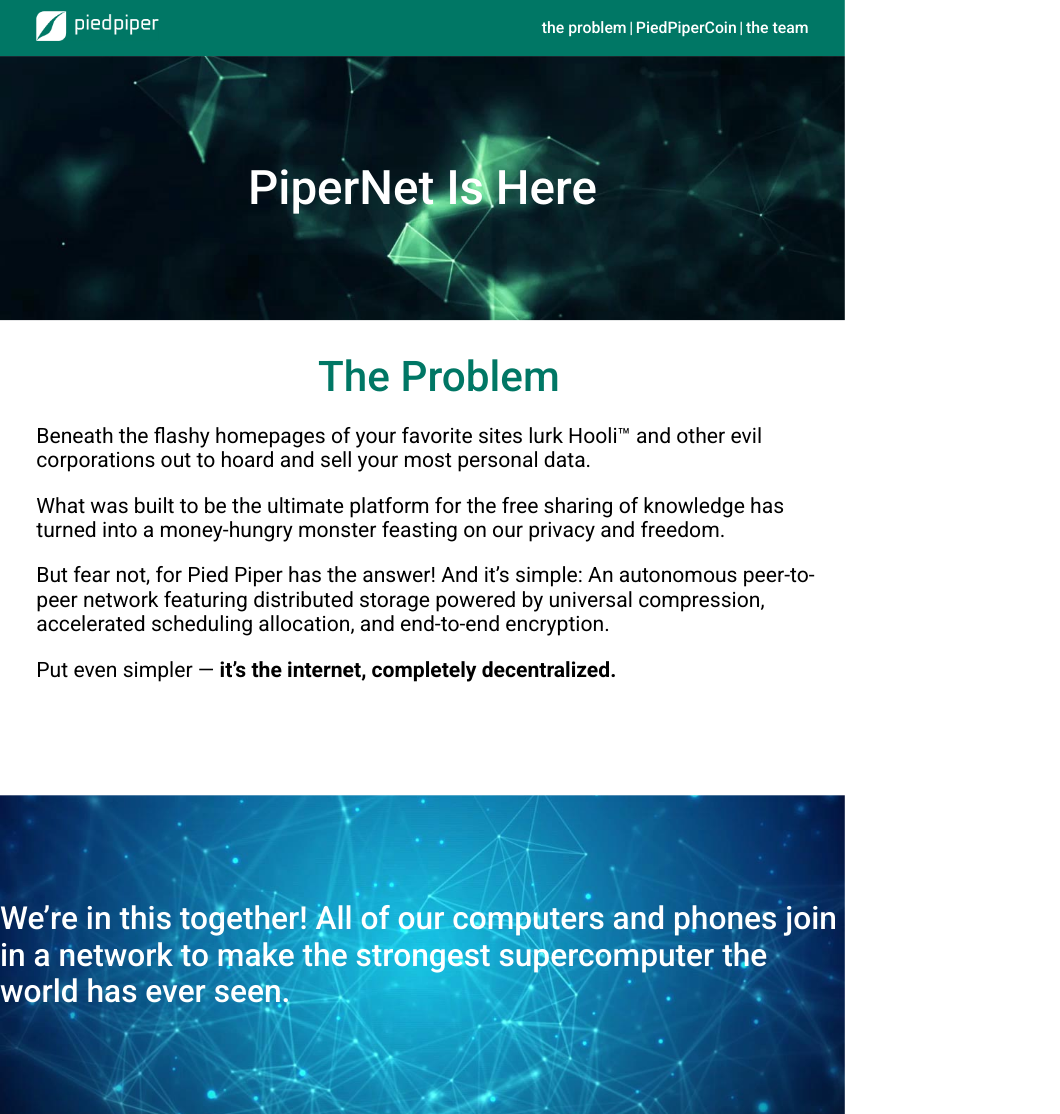
Repository: Valera1994/WebTestProject
Page: New3/index.html
These files come from the project's save history. The page is drawn as it stood at one moment and after the next save; the edit follows.
The browser window is 1280 px wide. The page is 1330 px wide, then 1606 px, so the pictures cover 1606 px, including what lies to the right of the window. The pictures show the whole page, at 66% of full size.

Above is the page before, as saved 2025-07-27 00:33:12.

### New3/index.html
<!DOCTYPE html>
<html lang="en">
<head>
    <meta charset="UTF-8">
    <meta name="viewport" content="width=device-width, initial-scale=1.0">
    <title>Pied Piper</title>
    <link rel="stylesheet" href="style.css">
    <link rel="preconnect" href="https://fonts.googleapis.com">
<link rel="preconnect" href="https://fonts.gstatic.com" crossorigin>
<link href="https://fonts.googleapis.com/css2?family=Roboto:ital,wght@0,100..900;1,100..900&display=swap" rel="stylesheet">
</head>
<body>
    <header>
        <div class="menu">
            <a href="index.html">
                <img class="logo" src="img/logo.png">
            </a>
            <nav>
                <ul class="menu_ul">
                    <li class="menu_li"><a href="#">the problem</a></li>
                    <li class="menu_li">|</li>
                    <li class="menu_li"><a href="#">PiedPiperCoin</a></li>
                    <li class="menu_li">|</li>
                    <li class="menu_li"><a href="#">the team</a></li>
                </ul>
            </nav>
        </div>
    </header>
    <div class="hello">PiperNet Is Here</div>
    <div class="container">
        <h1 class="head1">The Problem</h1>
        <div class="text">
            <p>Beneath the flashy homepages of your favorite sites lurk Hooli™
            and other evil corporations out to hoard and sell your most personal data.</p>
            <p>What was built to be the ultimate platform for the free sharing of knowledge has turned
        into a money-hungry monster feasting on our privacy and freedom.</p>
            <p>But fear not, for Pied Piper has the answer! And it’s simple:
        An autonomous peer-to-peer network featuring distributed storage powered by universal
        compression, accelerated scheduling allocation, and end-to-end encryption.</p>
            <p>Put even simpler — <strong>it’s the internet, completely decentralized.</strong></p>
        </div>
    </div>
    <div class="together">We’re in this together! All of our computers and phones join in a network to
        make the strongest supercomputer the world has ever seen.</div>
</body>
</html>

### New3/style.css
@import url("normalize.css");

body {
    margin: 0px auto; /*Расстояние от края элемента до края окна браузера*/
    font-family: Roboto, sans-serif; /*Устанавливает семейство шрифта*/
}

h1,
h2,
h3,
h4,
h5,
h6 {
    margin: 0; /*Расстояние от края элемента до края другог элемента*/
}

header{
    background: rgba(0, 119, 101, 1);
    width: 100%;
    height: 85px;
    box-sizing: border-box;
    text-decoration: none;
    display: flex;
    justify-content: space-around;

}

.logo{
    width: 185px;
    height: 45px;
    background: rgba(0, 119, 101, 1);
}

.menu{
    width: 100%;
    max-width: 1220px; /* Ограничиваем максимальную ширину */
    display: flex;
    justify-content: space-between; /* Лого слева, меню справа */
    align-items: center;
    padding: 0 55px;
}

a{
    text-decoration: none;
    font-size: 24px;
    font-weight: 500;
    color: white;
    font-family: 'Roboto';
}

.menu_li{
    list-style-type: none; /*убирает точки у списка*/
    display: inline; /*в одну линию*/
    text-decoration: none;
    font-size: 24px;
    font-weight: 500;
    color: white;
}

.container{
    width: 1220px;
    height: 720px;
    padding: 0 55px;
    margin: 0 auto;
}

.hello{
    background-image: url("img/Jumbotron.png");
    font-size: 72px;
    font-weight: 500;
    color: white;
    width: 100%;
    height: 400px;
    background-size: cover;
    background-position: center;
    display: flex;
    align-items: center;
    justify-content: center;
    font-family: 'Roboto';
}

.head1{
    font-size: 64px;
    font-weight: 500;
    height: 75px;
    color: rgba(0, 119, 101, 1);
    padding-top: 50px;
    text-align: center;
}

.text{
    font-size: 32px;
    font-weight: 400;
    color: rgb(0, 0, 0);
}

.together{
    background-image: url("img/tog.png");
    font-size: 48px;
    font-weight: 500;
    color: white;
    width: 100%;
    height: 483px;
    background-size: cover;
    background-position: center;
    display: flex;
    align-items: center;
    justify-content: center;
    font-family: 'Roboto';
}

Loaded but not shown: New3/normalize.css (library)

After the next save:
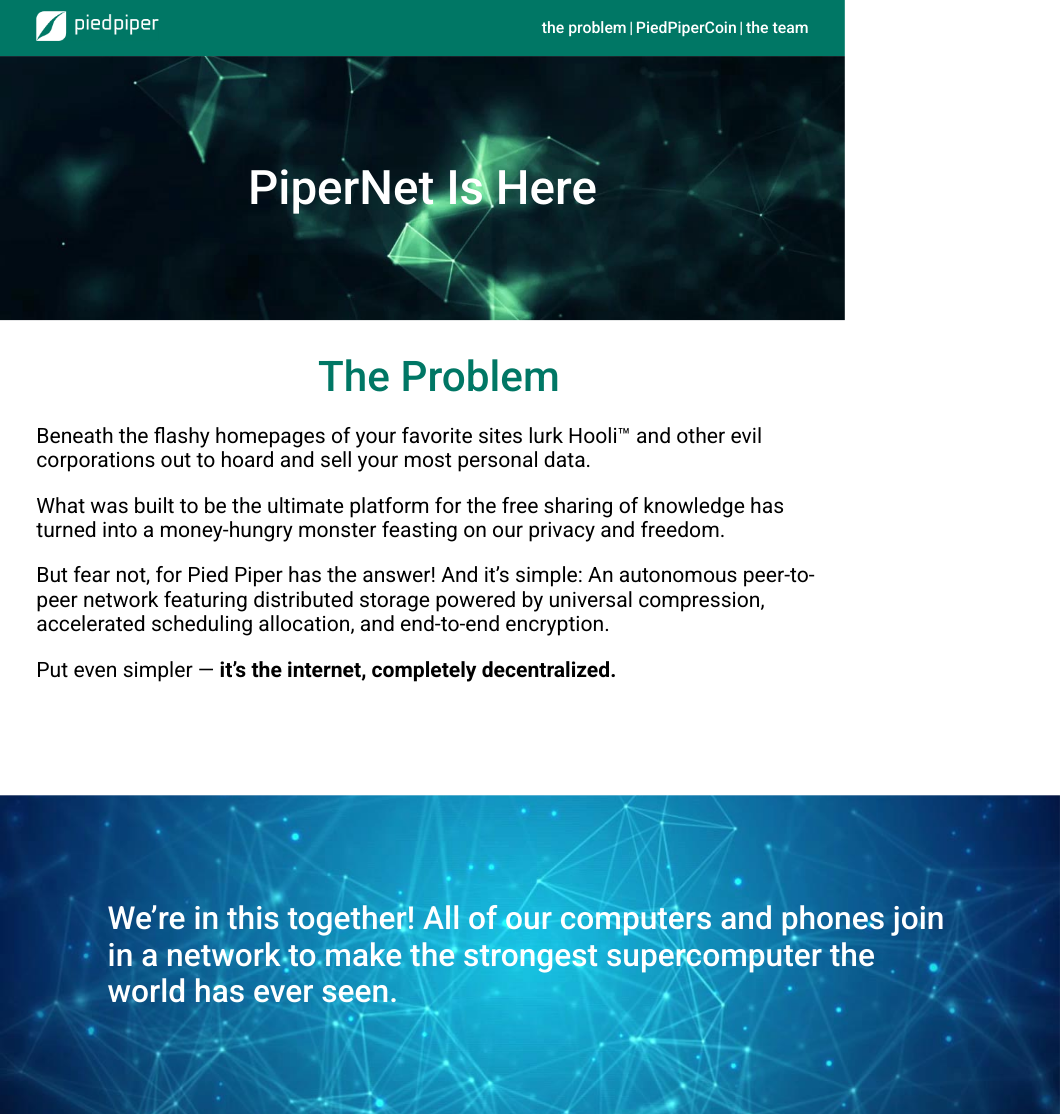
Saved 56 s later.
--- a/New3/style.css
+++ b/New3/style.css
@@ -107,4 +107,5 @@
     align-items: center;
     justify-content: center;
     font-family: 'Roboto';
+    padding: 0 163px;
 }
